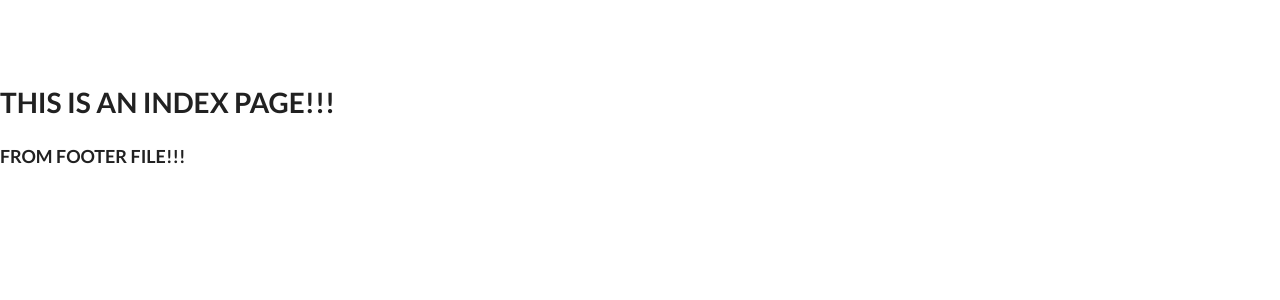
Repository: abedhtiwari14/Cloud-9
Page: http://localhost/blogs
The author's editor kept a record of every edit. The page is drawn from the files as they stood at one moment, then again after the next edit.
The browser window is 1280 px wide. The pictures show the whole page.
Some web libraries are served in a nearby version. The page is served by the project's Node server (RESTful Routing/RESTfulBlogApp/app.js). Queries for data that is not in the repository find no rows.

Above is the page before.

### RESTful Routing/RESTfulBlogApp/views/index.ejs
<% include partials/header %>
<br><br><br>
<h1>THIS IS AN INDEX PAGE!!!</h1>

<% blogs.forEach(function(blog){ %>
    <div>
        <h2><%=blog.title %></h2>
        <img src="<%= blog.image %>"  >
        <span><%= blog.created %></span>
        <p><%= blog.body.substring(0, 100) %>....</p>
        <a href="/blogs/<%= blog._id %>">Read More</a>
    </div>
<%  }) %>

<% include partials/footer %>

### RESTful Routing/RESTfulBlogApp/views/partials/header.ejs
<html>
    <head>
        <title>Blog App</title>
        <link rel="stylesheet" href="https://cdnjs.cloudflare.com/ajax/libs/semantic-ui/2.3.1/semantic.min.css">
    </head>
    <body>
        <div>
            <div>
                <div></div>
                <ul>

                </ul>
            </div>
        </div>

### RESTful Routing/RESTfulBlogApp/views/partials/footer.ejs
<h3>FROM FOOTER FILE!!!</h3>

</body>
</html>

### RESTful Routing/RESTfulBlogApp/app.js
var bodyParser = require("body-parser"),
methodOverride =  require("method-override"),
    expressSanitizer = require("express-sanitizer"),
    mongoose = require("mongoose"),
    express = require("express"),
    app = express();

    mongoose.connect("mongodb://localhost/restful_blog_app");
    app.set("view engine", "ejs");
    app.use(express.static("public"));
    app.use(bodyParser.urlencoded({extended:true}));
    app.use(expressSanitizer());
    app.use(methodOverride("_method"));


    //Mongoose //Mode Config
    var blogSchema = new mongoose.Schema({
       title:String,
       image: String,
       body: String,
       created:{type:Date, default:Date.now}
    });
    var Blog = mongoose.model("Blog", blogSchema);


    //RESTful Routes
    app.get("/",function(req, res){
       res.redirect("/blogs");
    });

    //INDEX ROUTE
    app.get("/blogs", function(req,res){
            Blog.find({},function(err, blogs){
               if(err)
               {
                   console.log("ERROR!!!");
               }else{
                   res.render("index",{blogs:blogs});
               }
        });
    });

    //NEW ROUTE
    app.get("/blogs/new", function(req, res){
       res.render("new");
    });

    //Create Route
    app.post("/blogs", function(req,res){
        //Sanitize the user input
        req.body.blog.body = req.sanitize(req.body.blog.body);
            //User Input Sanitized
            Blog.create(req.body.blog, function(err, newBlog){
               if(err)
               {
                   res.render("new");
               }else{
                   //Redirect to the INDEX
                   res.redirect("/blogs");
               }
        });
    });

    //SHOW ROUTE
    app.get("/blogs/:id",function(req, res) {
        Blog.findById(req.params.id,function(err, foundBlog){
            if(err){
                res.redirect("/blogs");
            }else{
                res.render("show", {blog: foundBlog});
            }
        })
    });

    //EDIT ROUTE
    app.get("/blogs/:id/edit", function(req, res) {
       Blog.findById(req.params.id, function(err, foundBlog){
           if(err){
               res.redirect("/blogs");
           }else{
               res.render("edit", {blog: foundBlog});
           }
       });
    });

    //UPDATE ROUTE
    app.put("/blogs/:id", function(req, res){
        req.body.blog.body = req.sanitize(req.body.blog.body);
       Blog.findByIdAndUpdate(req.params.id, req.body.blog, function(err, updatedBlog){
          if(err){
              res.redirect("/blogs");
          } else{
              res.redirect("/blogs/" + req.params.id);
          }
       });
    });

    //DELETE ROUTE
  app.delete("/blogs/:id", function(req, res){
      // delete blog
      Blog.findByIdAndRemove(req.params.id, function(err){
         if(err){
             console.log('error!!!', err)
             res.redirect("/blogs");
         } else{
             console.log('success!!!')
             res.redirect("/blogs");
         }
      });
      //redirect somewhere
  })

    app.listen(process.env.PORT,process.env.IP, function(){
       console.log("Server is running");
    });

After the next edit:
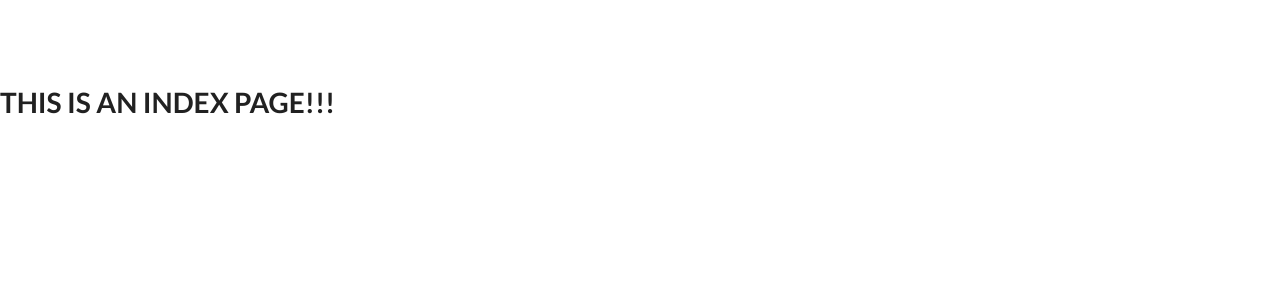
The edit:
--- a/RESTful Routing/RESTfulBlogApp/views/partials/footer.ejs
+++ b/RESTful Routing/RESTfulBlogApp/views/partials/footer.ejs
@@ -1,4 +1,4 @@
-<h3>FROM FOOTER FILE!!!</h3>
+
 
 </body>
 </html>
